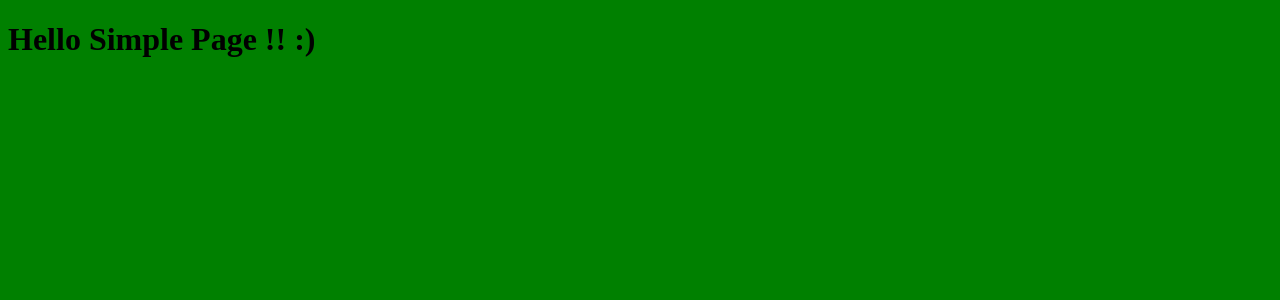
Repository: uditjain100/JavaScript-for-Web
Page: 10.Promises/simple.html
An editor plug-in stored every save of this project. The page is shown before and after the next save, followed by the edit.
The browser window is 1280 px wide. The pictures show the whole page.

Above is the page before, as saved 2021-01-23 16:25:24.

After the next save:
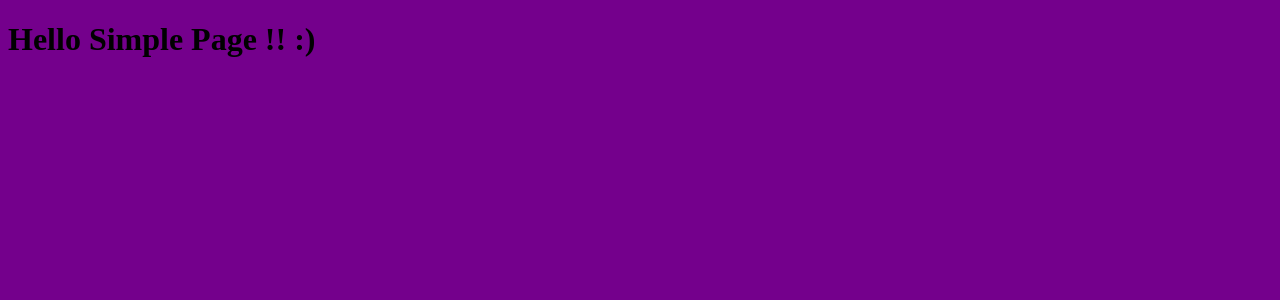
Saved 9 s later.
--- a/10.Promises/app.js
+++ b/10.Promises/app.js
@@ -1,6 +1,6 @@
 // firstApproach();
-secondApproach();
-
+// secondApproach();
+thirdApproach();
 // First Approach
 function firstApproach() {
   setTimeout(() => {
